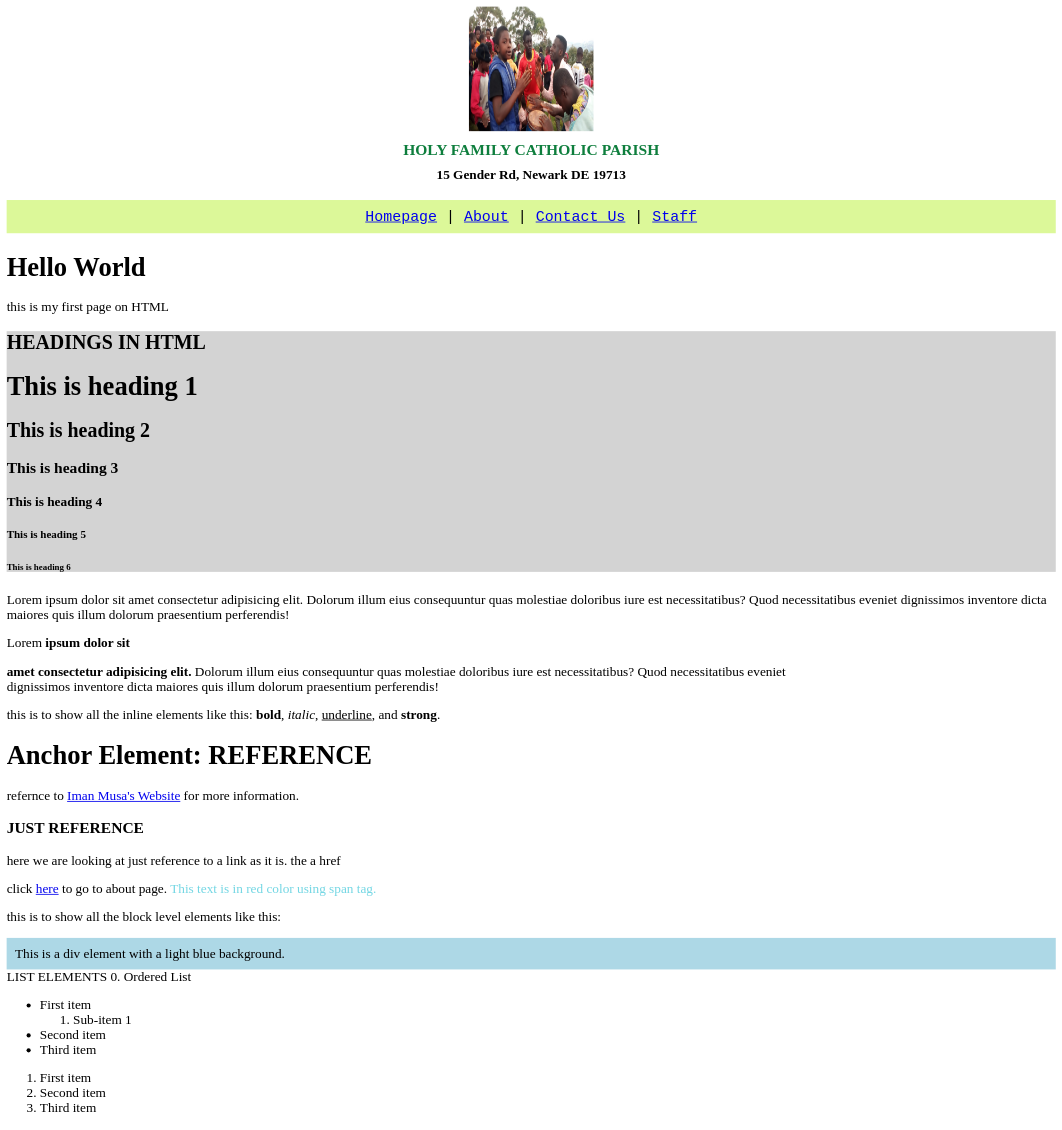
Repository: ficotims/HTML-RESTART
Page: Homepage.html
An editor plug-in stored every save of this project. The page is shown before and after the next save, followed by the edit.
The browser window is 1280 px wide. The pictures show the whole page, at 83% of full size.

Above is the page before, as saved 2026-02-07 18:37:29.

### Homepage.html
<!doctype html>
<html lang="en">
  <head>
    <meta charset="UTF-8" />
    <meta name="viewport" content="width=device-width, initial-scale=1.0" />
    <title>HTML Crash course with Iman Musa</title>
  </head>
  <body>
    <div style="text-align: center;">
      <img
        src="images/Acension.jpg"
        alt="Catholic Church Logo"
        width="150"
        height="150"
      />
    <h3><span style="color: rgb(14, 126, 61);"><div style="line-height: 0;">HOLY FAMILY CATHOLIC PARISH</b></span></h3>
    <H4>15 Gender Rd, Newark DE 19713</H4></div>
    <!-- NAVIGATION SECTION -->
     <div style="background-color: rgb(220, 248, 153); padding: 10px; text-align: center; font-size: 18px; font-family: monospace, Lemon milk;">
    <a href="Homepage.html" target="_top">Homepage</a> |
    <a href="about.html">About</a> | <a href="Contact us.html">Contact Us</a> |
    <a href="staff.html">Staff</a>
     </div>

    <h1>Hello World</h1>
    <p>this is my first page on HTML</p>
    <!-- this is a comment and will not appear on the screen/ page -->
    <!-- let us introduce the headings -->
    <div style="background-color: lightgray; padding: px; text-align: left">
      <h2>HEADINGS IN HTML</h2>
    <h1>This is heading 1</h1>
    <h2>This is heading 2</h2>
    <h3>This is heading 3</h3>
    <h4>This is heading 4</h4>
    <h5>This is heading 5</h5>
    <h6>This is heading 6</h6>
    </div>

    <!-- thi is for paragraphs now -->
    <p>
      Lorem ipsum dolor sit amet consectetur adipisicing elit. Dolorum illum
      eius consequuntur quas molestiae doloribus iure est necessitatibus? Quod
      necessitatibus eveniet dignissimos inventore dicta maiores quis illum
      dolorum praesentium perferendis!
    </p>

    <p>
      Lorem <b>ipsum dolor sit <div>amet consectetur adipisicing elit.</b> Dolorum
      illum eius consequuntur quas molestiae doloribus iure est necessitatibus?
      Quod necessitatibus eveniet </div>dignissimos inventore dicta maiores quis illum
      dolorum praesentium perferendis!
    </p>


    <!-- this is for inline leve elements -->

    <p>
      this is to show all the inline elements like this: <b>bold</b>,
      <i>italic</i>, <u>underline</u>, and <strong>strong</strong>.
      <br />

      <!-- using the other inline elements: Anchor Elements (which are just links) -->
    </p>
    <h1>Anchor Element: REFERENCE</h1>
    refernce to
    <a href="https://www.google.com" target="_blank">Iman Musa's Website</a> for
    more information.
    <h3>JUST REFERENCE</h3>
    <p>here we are looking at just reference to a link as it is. the a href</p>
    click <a href="about.html" target="_blank">here</a> to go to about page.

    <!-- SPAN ELEMENT -->
    <span style="color: rgba(31, 190, 211, 0.63)">This text is in red color using span tag.</span>
    <p>
      <!-- now let us introduce the block level elements -->
      this is to show all the block level elements like this:
    </p>

    <div style="background-color: lightblue; padding: 10px">
      This is a div element with a light blue background.
    </div>

    <!-- this is LIST -->
<hi2>LIST ELEMENTS</h2>

    0. Ordered List

    <ul>
      <li>First item</li>
      <ol><li>Sub-item 1</li></ol>
      <li>Second item</li>
      <li>Third item</li>
    </ul>

    <ol>
      <li>First item</li>
      <li>Second item</li>
      <li>Third item</li>
    </ol>
  </body>
</html>

After the next save:
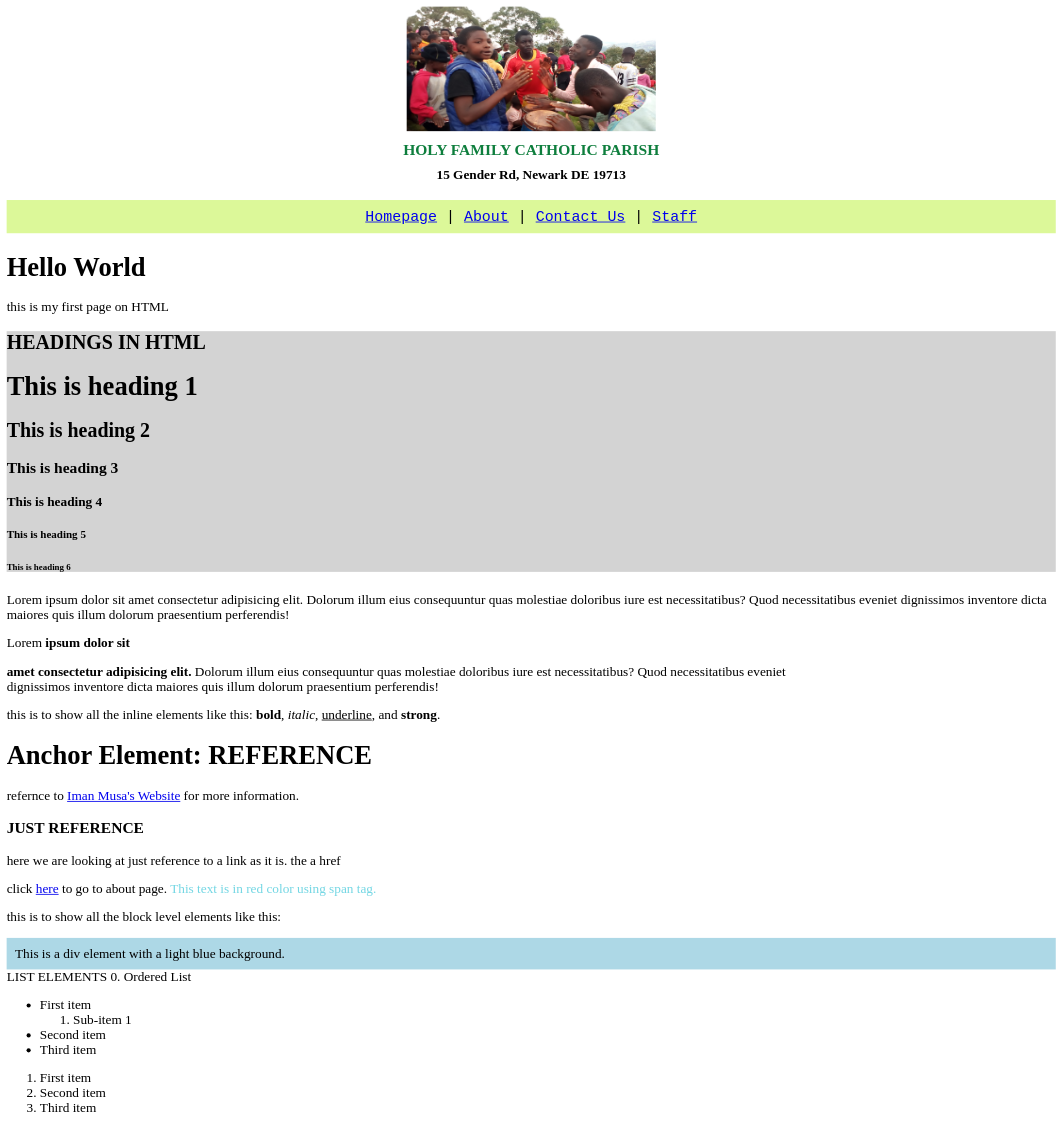
Saved 17 s later.
--- a/Homepage.html
+++ b/Homepage.html
@@ -10,7 +10,7 @@
       <img
         src="images/Acension.jpg"
         alt="Catholic Church Logo"
-        width="150"
+        width="300"
         height="150"
       />
     <h3><span style="color: rgb(14, 126, 61);"><div style="line-height: 0;">HOLY FAMILY CATHOLIC PARISH</b></span></h3>
